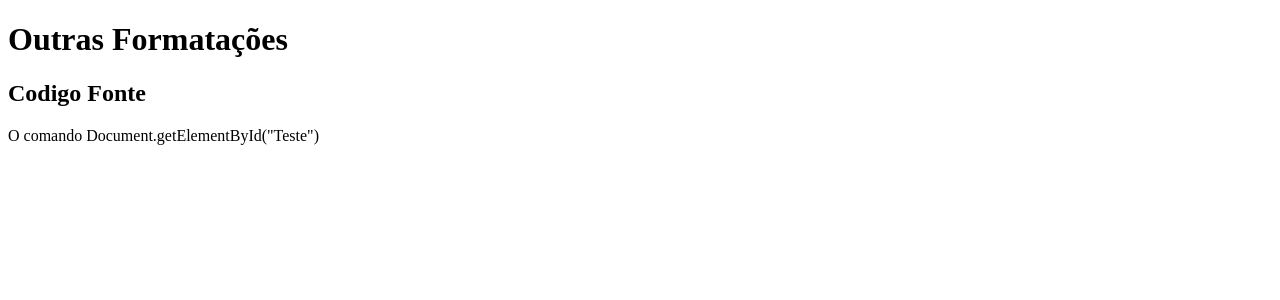
Repository: Guillermomarcon/exercicios
Page: ex009/index.html
An editor plug-in stored every save of this project. The page is shown before and after a run of saves, followed by the edit.
The browser window is 1280 px wide. The pictures show the whole page.

Above is the page before, as saved 2020-12-10 01:20:44.

After the next 3 saves:
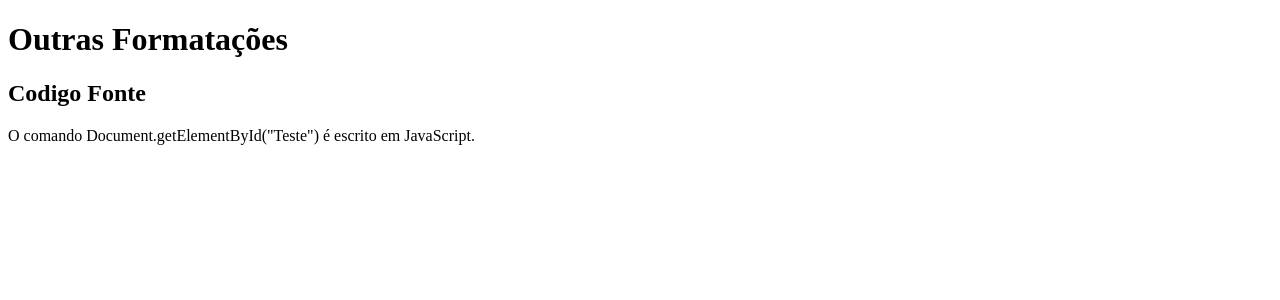
The 3 saves are shown as one change because they came seconds apart.
The last was saved 11 s later.
--- a/ex009/index.html
+++ b/ex009/index.html
@@ -8,7 +8,7 @@
 <body>
     <h1>Outras Formatações</h1>
     <h2>Codigo Fonte</h2>
-    <p>O comando Document.getElementById("Teste")</p>
+    <p>O comando Document.getElementById("Teste") é escrito em JavaScript.</p>
 
 
 </body>
